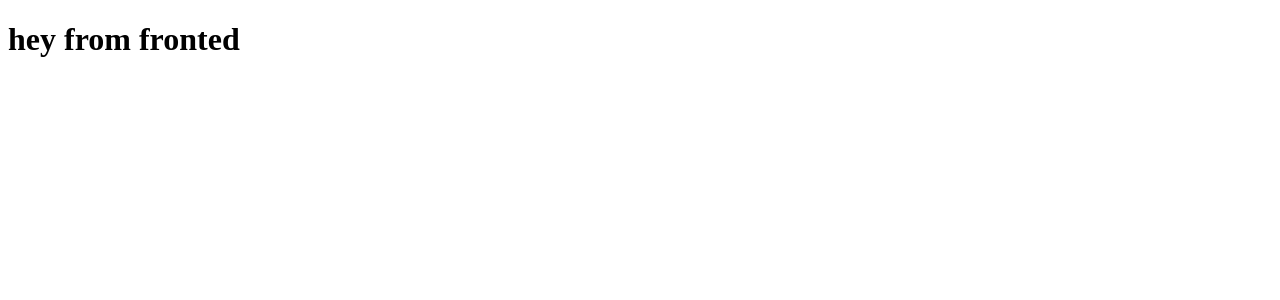
Repository: Mohitkumar1322/URL-Shortner
Page: http://localhost/test
These files come from the project's save history. The page is drawn as it stood at one moment and after the next save; the edit follows.
The browser window is 1280 px wide. The pictures show the whole page.
The page is served by the project's Node server (index.js). Queries for data that is not in the repository find no rows.

Above is the page before, as saved 2024-07-14 20:31:47.

After the next save:
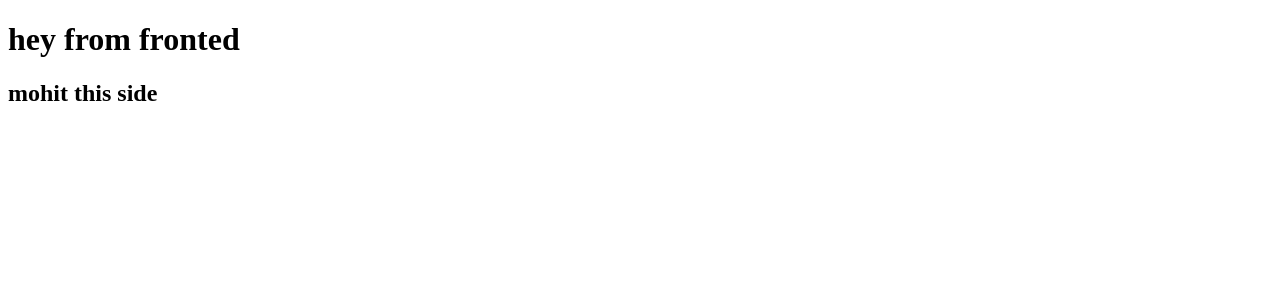
Saved 82 s later.
--- a/views/home.ejs
+++ b/views/home.ejs
@@ -10,6 +10,9 @@
     <h1>
         hey from fronted
     </h1>
+    <h2>
+        mohit this side
+    </h2>
 
 </body>
 </html>
